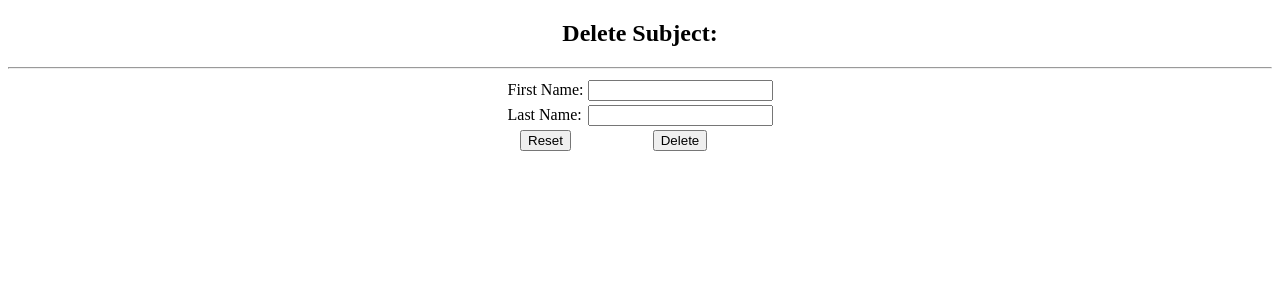
Repository: mdzeyan/JavaFSD-phase2-project
Page: Learners_Academy/src/main/webapp/Deleteubject.html
The author's editor kept a copy of each file at every save. The page is drawn from the files as they stood at one save, then again after the next save.
The browser window is 1280 px wide. The pictures show the whole page.

Above is the page before, as saved 2022-03-30 19:33:24.

After the next save:
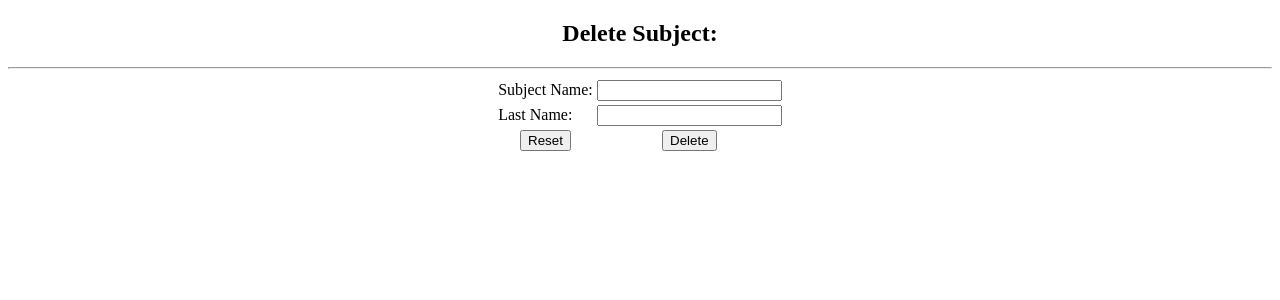
Saved 12 s later.
--- a/Learners_Academy/src/main/webapp/Deleteubject.html
+++ b/Learners_Academy/src/main/webapp/Deleteubject.html
@@ -11,7 +11,7 @@
 	<hr>
 	<table align="center">
 		<tr>
-			<td>First Name:</td>
+			<td>Subject Name:</td>
 			<td><input type="text" name="firstName"></td>
 		</tr>
 		<tr>
